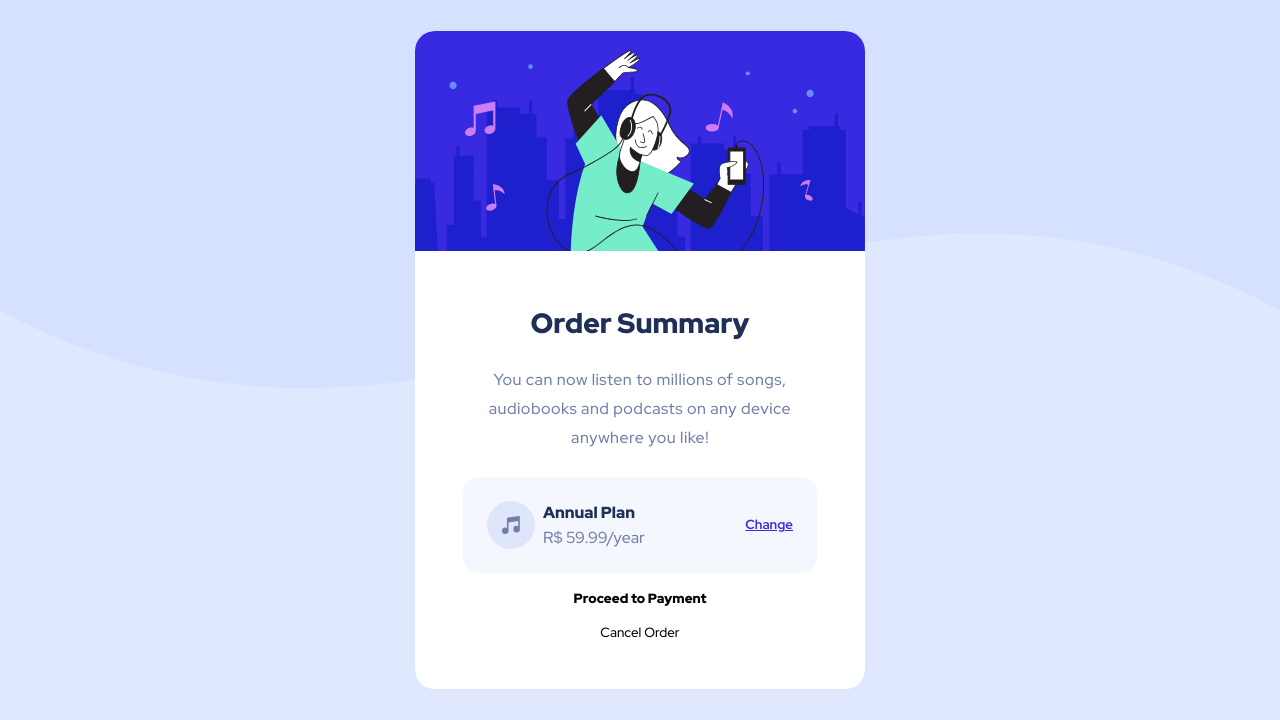
Repository: gccavalheiro/order-summary-card
Page: index.html
An editor plug-in stored every save of this project. The page is shown before and after the next save, followed by the edit.
The browser window is 1280 px wide. The pictures show the whole page.

Above is the page before, as saved 2021-12-17 02:24:38.

After the next save:
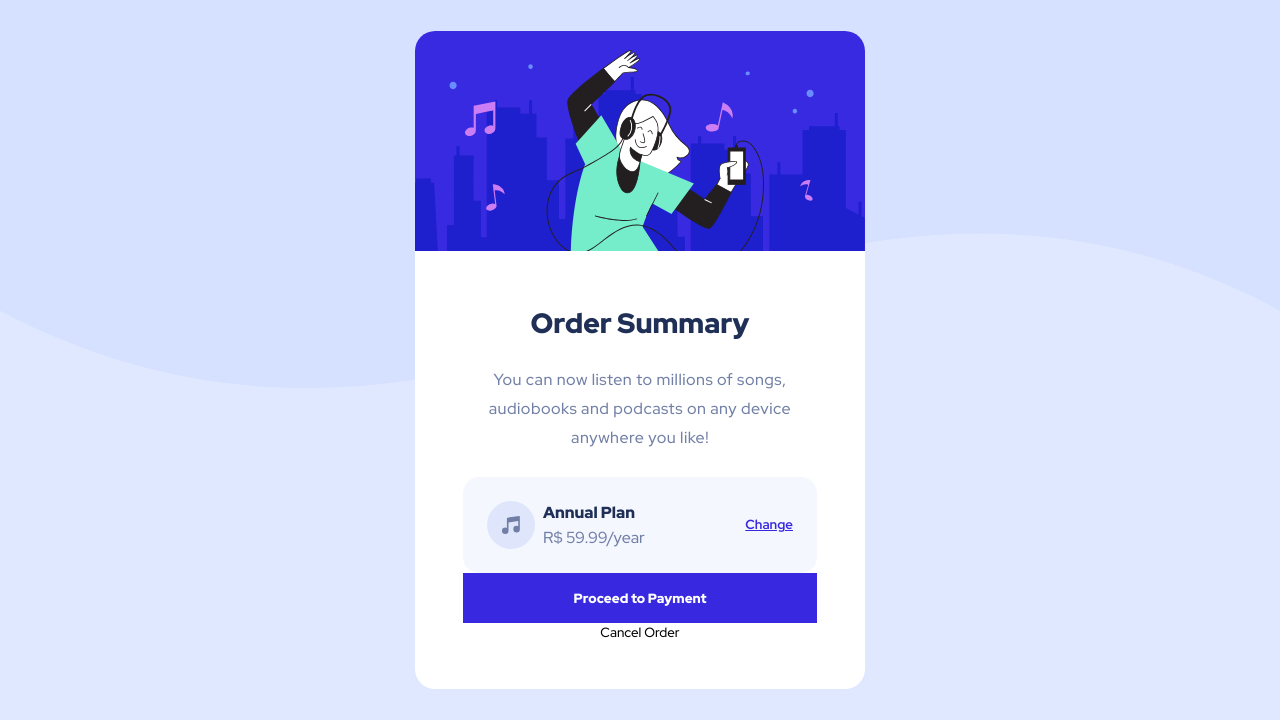
Saved 19 s later.
--- a/assets/css/main.css
+++ b/assets/css/main.css
@@ -157,5 +157,7 @@ main {
   font-weight: 900;
   padding: 16px 0;
   width: 100%;
+  color: var(--white);
+  background-color: var(--secondary-bright-blue);
 }
 .card-button-cancel{}
